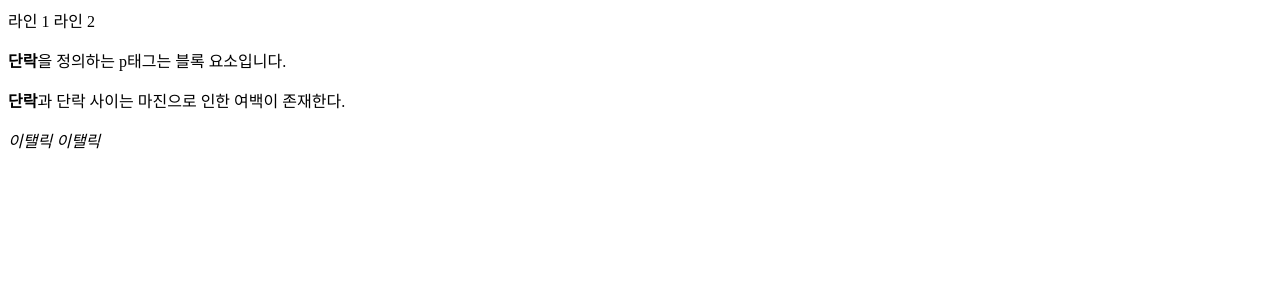
Repository: masima305/html_study
Page: Ex_1220/WebContent/day1/block_inline.html
These files come from the project's save history. The page is drawn as it stood at one moment and after the next save; the edit follows.
The browser window is 1280 px wide. The pictures show the whole page.

Above is the page before, as saved 2017-12-20 03:06:36.

### Ex_1220/WebContent/day1/block_inline.html
<!DOCTYPE html>
<html>
	<head>
		<meta charset="UTF-8">
		<title>블록 요소와 인라인 요소</title>
	</head>
	<body>
		라인 1
		라인 2


		<p><b>단락</b>을 정의하는 p태그는 블록 요소입니다.</p>

		<p><strong>단락</strong>과 단락 사이는 마진으로 인한 여백이 존재한다.</p>
		<!-- 시각장애인들을 위해 Strong으로 만들어져있다. 기계가 읽을때 strong부분을 인토네이선 넣어 읽어준다.
		-->

		<i>이탤릭</i>
		<em>이탤릭</em>


	</body>
</html>

After the next save:
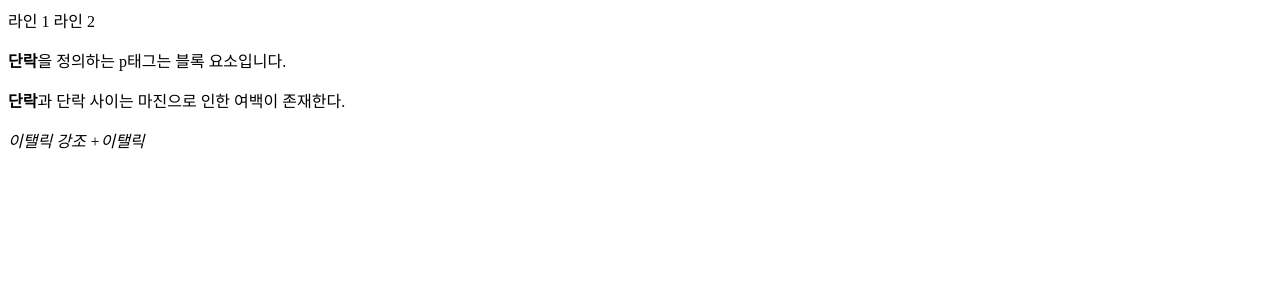
Saved 2 min 20 s later.
--- a/Ex_1220/WebContent/day1/block_inline.html
+++ b/Ex_1220/WebContent/day1/block_inline.html
@@ -16,8 +16,8 @@
 		-->
 
 		<i>이탤릭</i>
-		<em>이탤릭</em>
-
+		<em>강조 +이탤릭</em>
+		<a href=""></a>
 
 	</body>
 </html>
